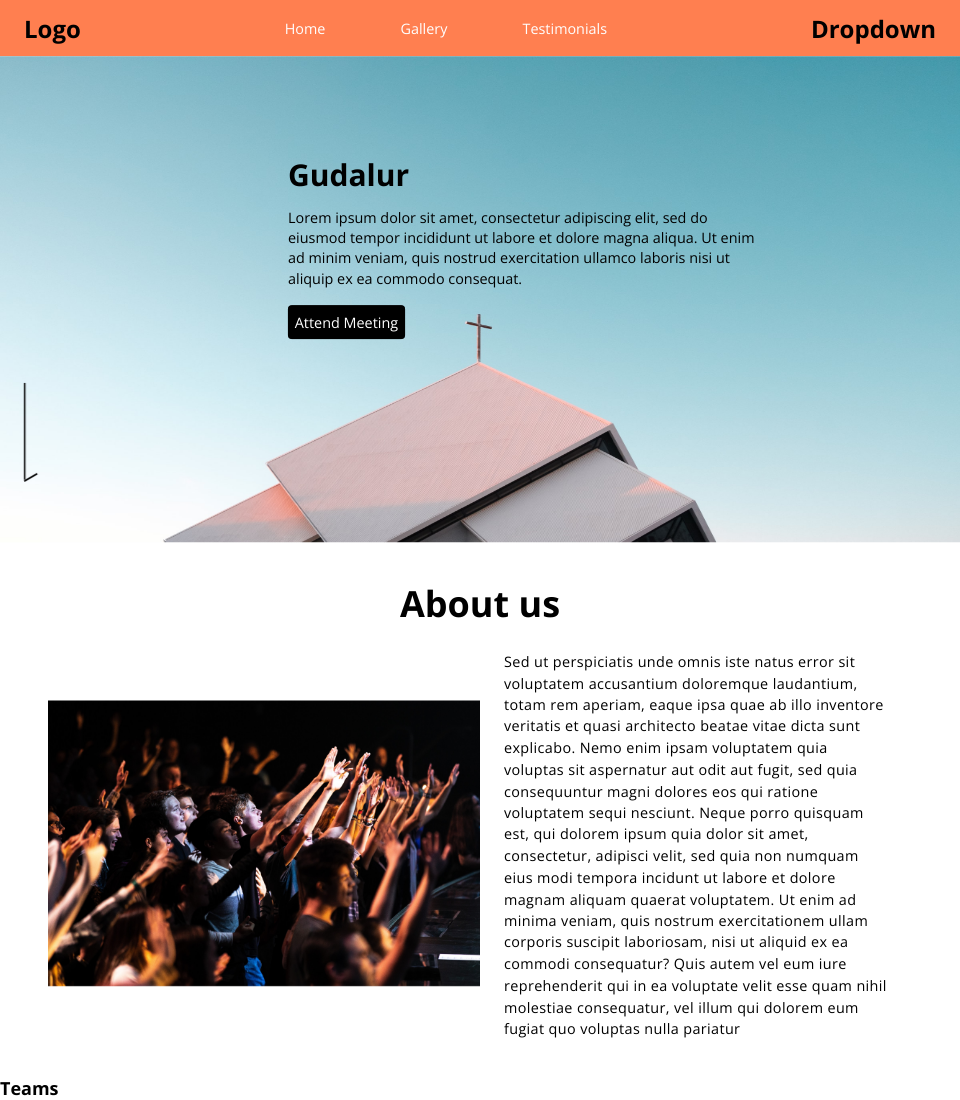
Repository: Imprasna/church
Page: index.html
The author's editor kept a copy of each file at every save. The page is drawn from the files as they stood at one save, then again after the next save.
The browser window is 1280 px wide. The pictures show the whole page, at 75% of full size.

Above is the page before, as saved 2022-01-18 23:31:47.

After the next save:
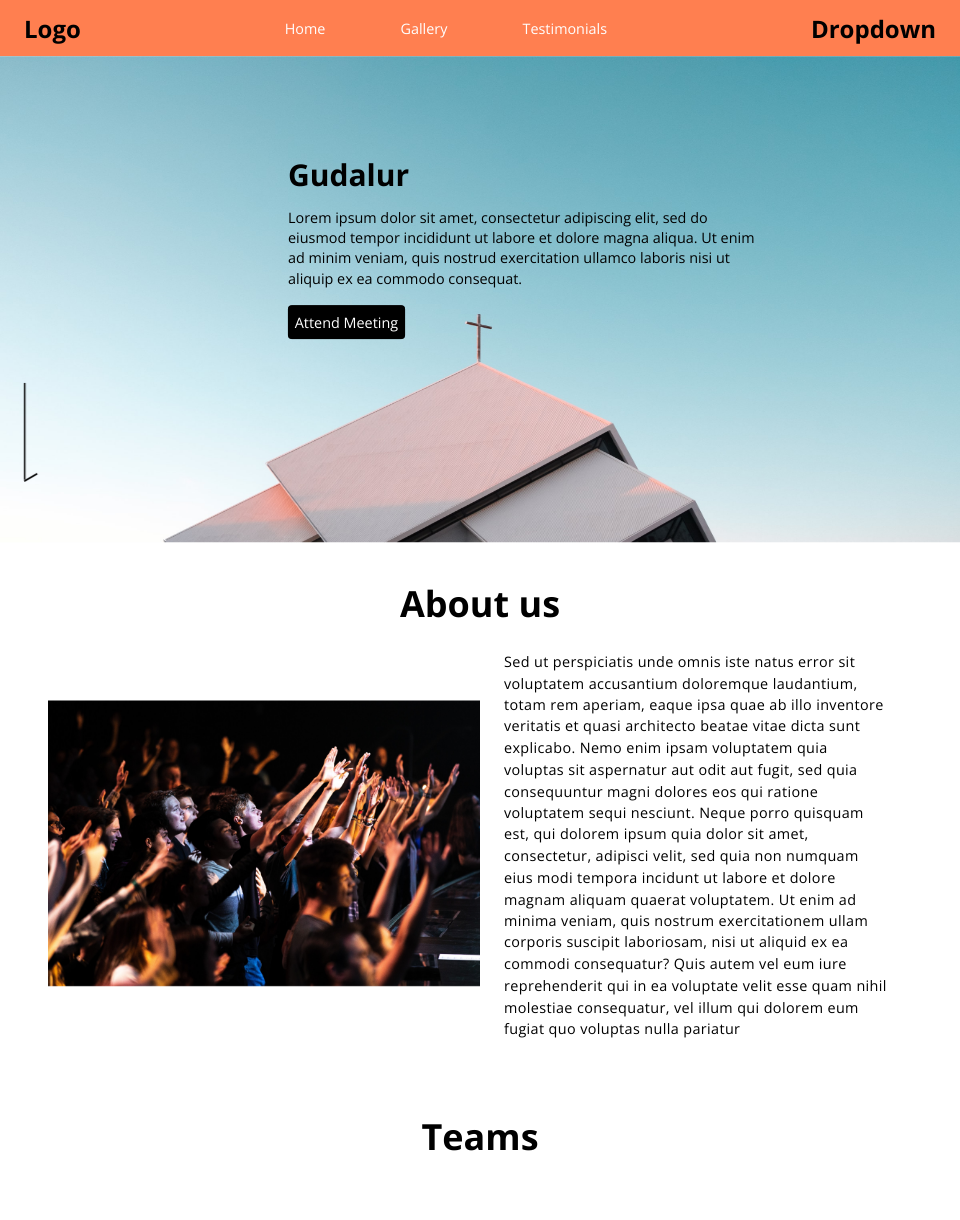
Saved 6 s later.
--- a/style.css
+++ b/style.css
@@ -159,13 +159,13 @@ nav > a {
     font-weight: 300;
 }
 
-.about_sec {
+.teams {
     height: 100%;
     width: 100%;
     padding: 3rem 0;
 }
 
-.about_sec > h1 {
+.teams > h1 {
     font-size: 3rem;
     text-align: center;
     margin-bottom: 2rem;
